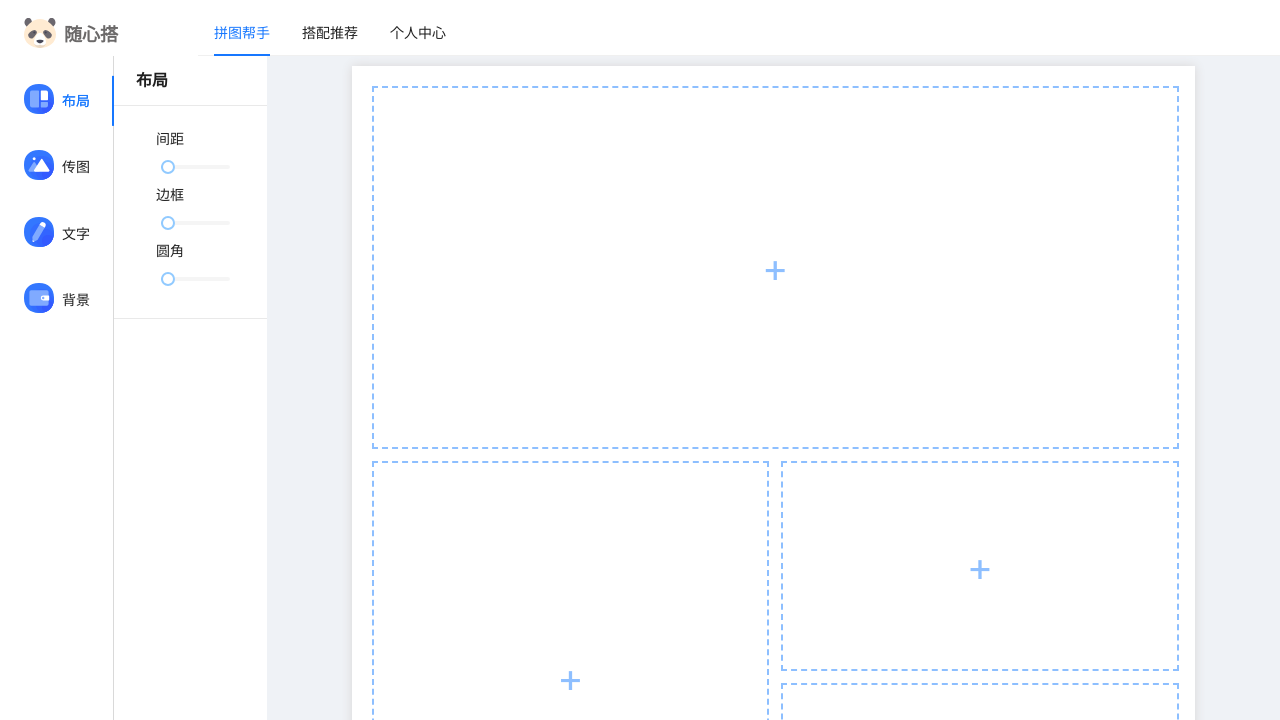
Repository: zzq1101921989/low-code
Page: /
These files come from the project's save history. The page is drawn as it stood at one moment and after the next save; the edit follows.
The browser window is 1280 px wide. The pictures show the whole page.
The project was rebuilt for these pictures with package versions that can differ from the ones it lists, and the page was loaded fresh each time. Also part of the build but not shown: vite.config.ts, src/pages/admin/index.tsx, src/pages/home/components/contextmenu/index.modlue.less, src/components/icon/ClothesIcon.tsx, src/components/icon/HairIcon.tsx, src/components/icon/PantsIcon.tsx, src/components/icon/ShoeIcon.tsx, src/pages/recommend/index.tsx.

Above is the page before, as saved 2023-05-10 22:33:34.

After the next save:
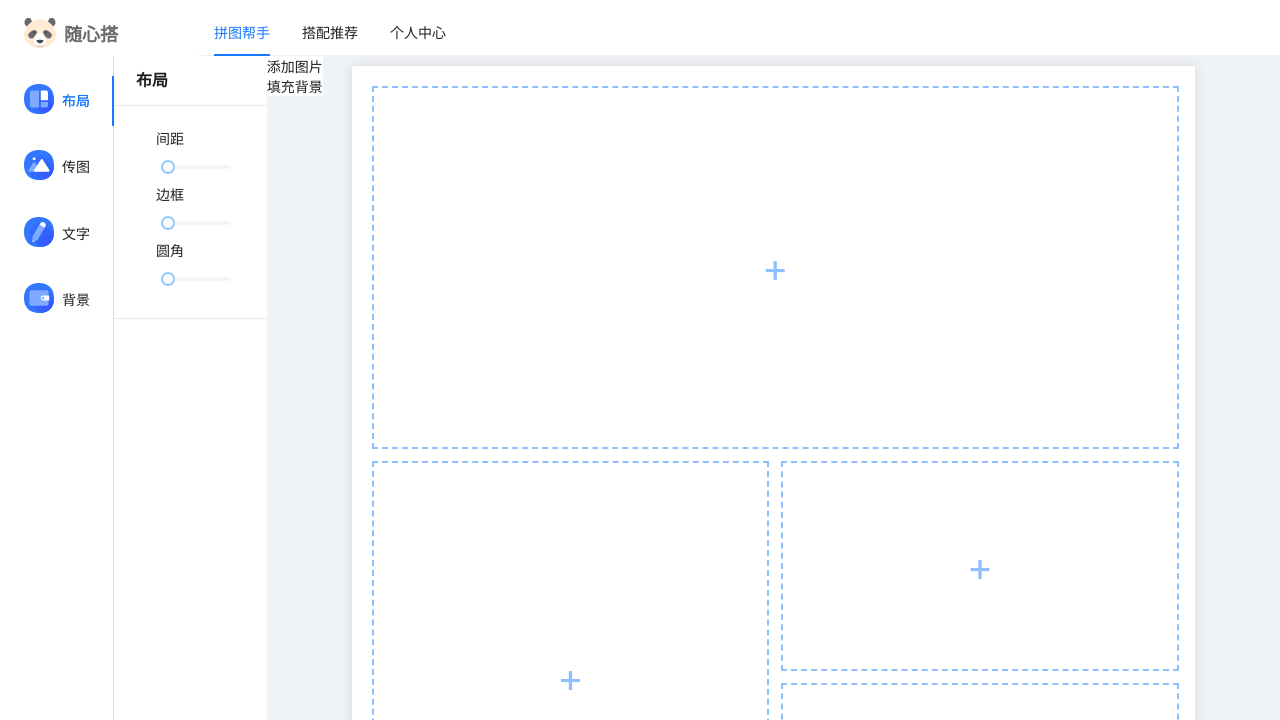
Saved 55 s later.
--- a/src/pages/home/components/contextmenu/index.tsx
+++ b/src/pages/home/components/contextmenu/index.tsx
@@ -1,5 +1,5 @@
 import { FC } from "react";
-import styles from './index.modlue.less';
+import styles from "./index.module.less";
 
 type ContextMenuProps = {
 
